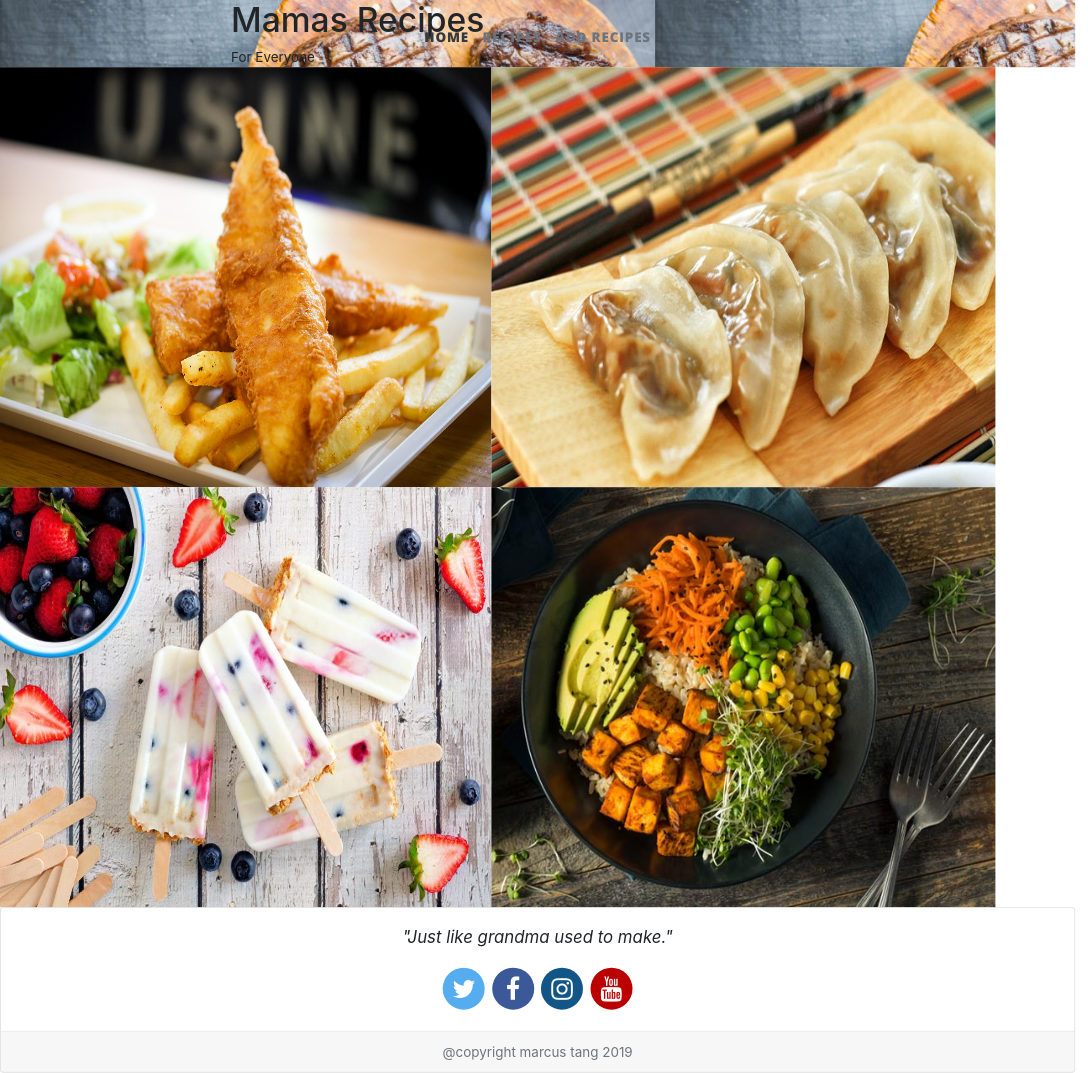
Repository: marstangg/mamasrecipes
Page: templates/index.html
The author's editor kept a record of every edit. The page is drawn from the files as they stood at one moment, then again after the next edit.
The browser window is 1280 px wide. The page is 1295 px wide, so the pictures cover 1295 px, including what lies to the right of the window. The pictures show the whole page, at 84% of full size.
Some web libraries are served in a nearby version. The template is drawn by Flask 3. The application's start-up code is not run. The template is opened directly, without the code that normally fills it, so the values that code supplies are empty.

Above is the page before.

After the next edit:
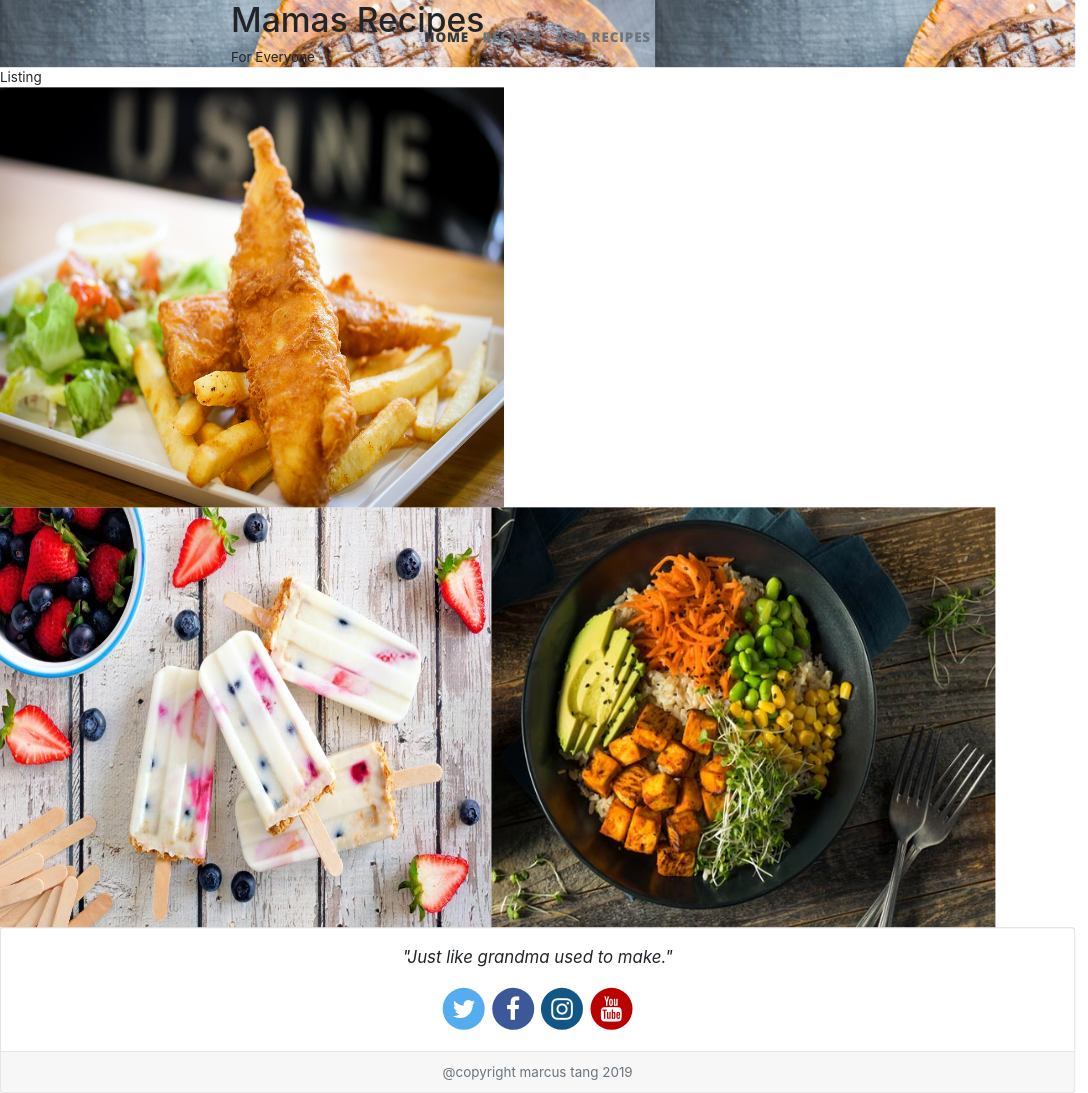
The edit:
--- a/templates/index.html
+++ b/templates/index.html
@@ -15,9 +15,20 @@
       </div>
     </div>
   </header>
+  Listing
   <div class="row">
-    <img src="static/img/western.jpg" alt="western" width="600" height="500">
-    <img src="static/img/gyoza.jpg" alt="asian" width="600" height="500">
+    <div class="col-3">
+      <img src="static/img/western.jpg" alt="western" width="600" height="500">
+    </div>
+    <div class="col-3">
+
+    </div>
+    <div class="col-3">
+
+    </div>
+    <div class="col-3">
+
+    </div>
     <img src="static/img/dessert.jpg" alt="dessert"width="600" height="500">
     <img src="static/img/vege.jpg" alt="veg"width="600" height="500">
   </div>
